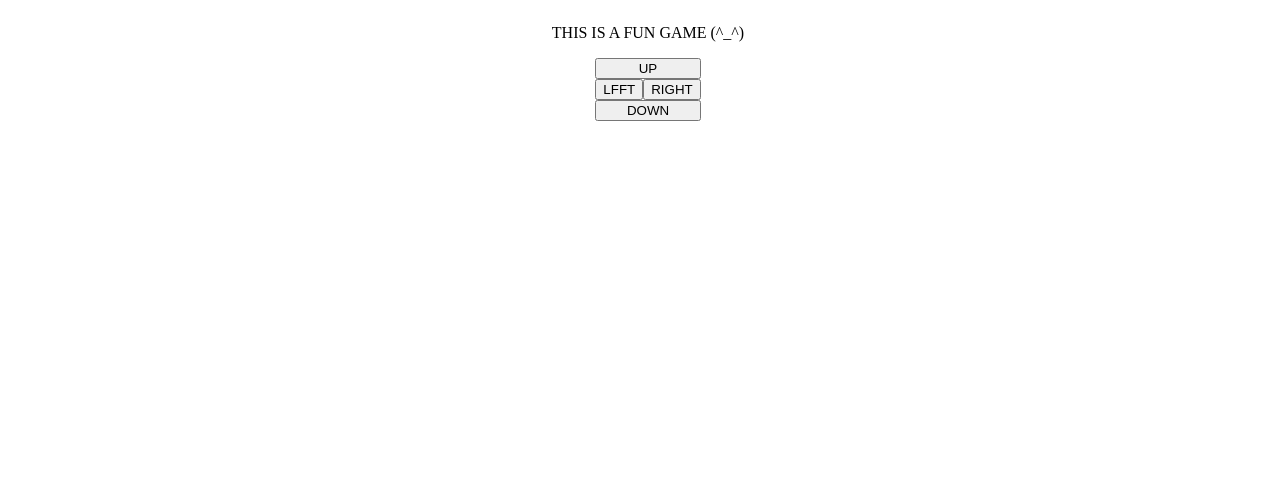
Repository: 0971638569/Game-javascript-canvas
Page: game-JAVASCRIPTS-HTML-CSS-CANVAS/index.html
An editor plug-in stored every save of this project. The page is shown before and after a run of saves, followed by the edit.
The browser window is 1280 px wide. The page is 1288 px wide, so the pictures cover 1288 px, including what lies to the right of the window. The pictures show the whole page.

Above is the page before, as saved 2022-11-16 16:55:27.
Console error: ReferenceError: game is not defined

After the next 2 saves:
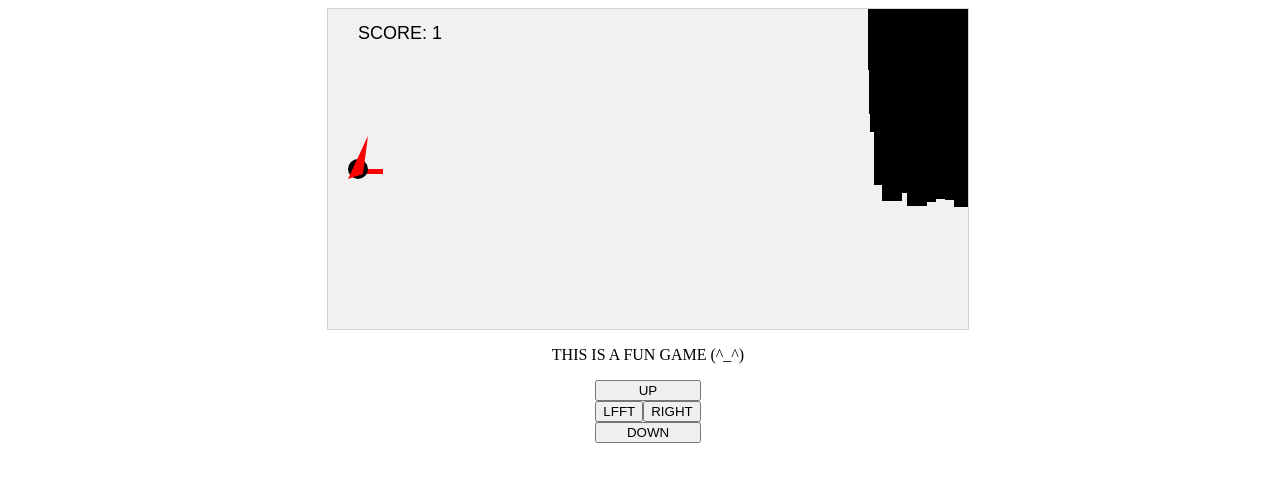
The error is gone.
The 2 saves are shown as one change because they came seconds apart.
The last was saved 58 s later.
--- a/game-JAVASCRIPTS-HTML-CSS-CANVAS/index.html
+++ b/game-JAVASCRIPTS-HTML-CSS-CANVAS/index.html
@@ -26,9 +26,9 @@
                 display: flex;
             }
         </style>
-        <link type="text/javaScript" src="./game.js"/>
     </head>
     <body onload="game()" id="body">
+        <script src="./game.js"></script>
         <p>THIS IS A FUN GAME (^_^)</p>
         <div id="button">
            <button onmousedown="moveUp()" onmouseup="clearMove()" ontouchstart="moveUp()">UP</button>
